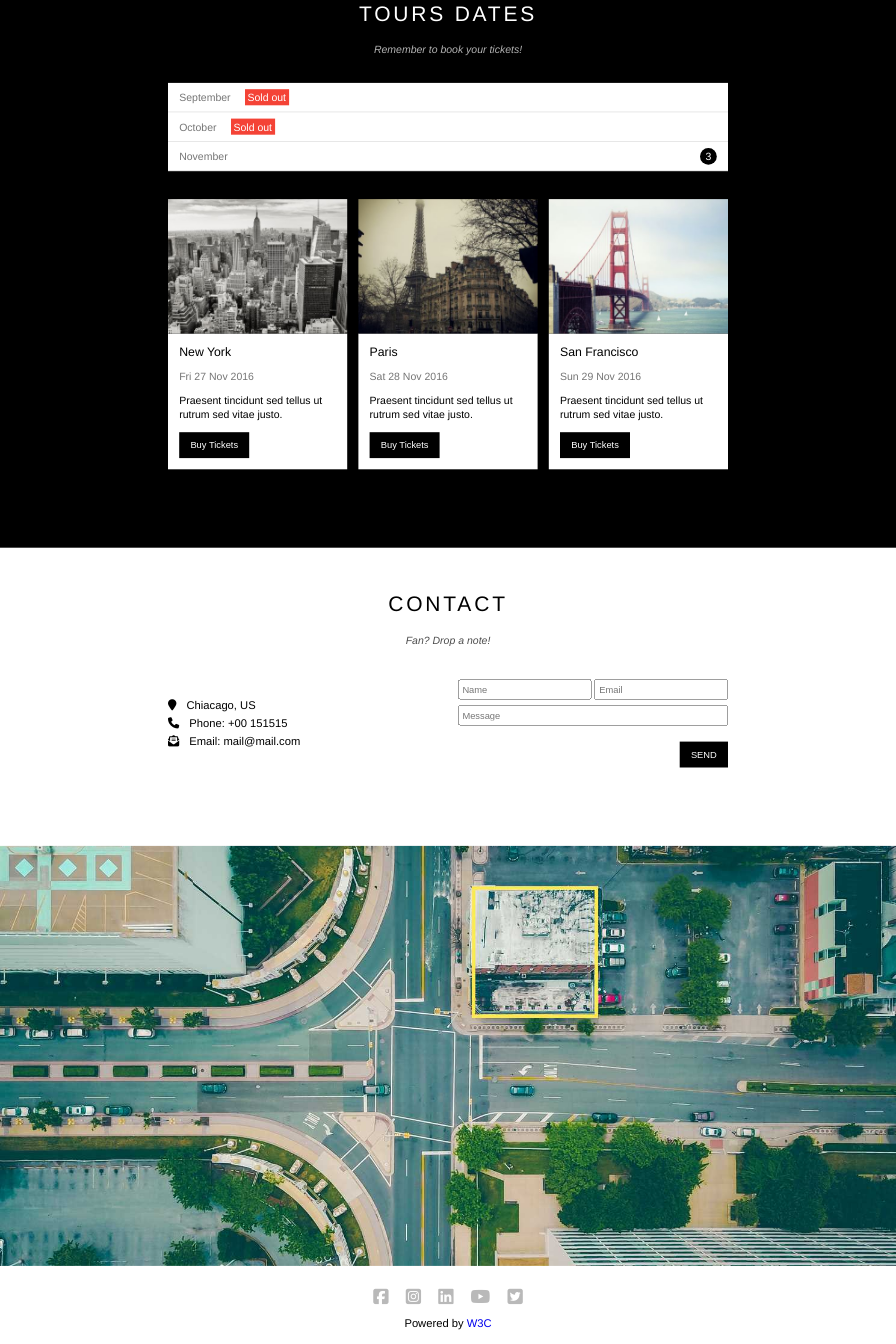
Repository: NguyenMinhChau/Theband
Page: index.html
The author's editor kept a copy of each file at every save. The page is drawn from the files as they stood at one save, then again after the next save.
The browser window is 1280 px wide. The pictures show the part of the page from y = 1388 to 3308 px (the page is 3308 px tall), at 70% of full size.
Some web libraries are served in a nearby version.

Above is the page before, as saved 2021-10-24 08:33:28.

### index.html
<!DOCTYPE html>
<html lang="en">
<head>
    <meta charset="UTF-8">
    <meta http-equiv="X-UA-Compatible" content="IE=edge">
    <meta name="viewport" content="width=device-width, initial-scale=1.0">
    <title>THE BAND</title>
    <link rel="icon" href="https://www.w3schools.com/w3css/img_la.jpg"/>
    <script src="https://kit.fontawesome.com/a7b0f58175.js" crossorigin="anonymous"></script>
    <link rel="stylesheet" href="./assets/css/style.css">
</head>
<body>
    <div id="main">
        <div id="header">
            <!-- Begin Navigation -->
            <ul id="nav">
                <li><a href="#">Home</a></li>
                <li><a href="#about">Band</a></li>
                <li><a href="#tour">Tour</a></li>
                <li><a href="#contact">Contact</a></li>
                <li><a href="#">More <i class="fas fa-caret-down"></i></a>
                    <ul class="subnav">
                        <li><a href="#">Merchandise</a></li>
                        <li><a href="#">Extras</a></li>
                        <li><a href="#">Media</a></li>
                    </ul>
                </li>
            </ul>
            <!-- End Navigation -->

            <!-- Begin Search -->
            <div class="icon-search">
                <a href="#"><i class="header-icon-search fas fa-search"></i></a>
            </div>
            <!-- End Search -->
        </div>

        <div id="slider">
            <div class="description">
                <h4>Chicago</h4>
                <p>We love Chicago</p>
            </div>
        </div>

        <div id="content">
            <!-- section: dành cho những phần dùng chung -->
            <!-- ABOUT SECTION -->
            <div id="about" class="content-section">
                <h2 class="section-heading">The Band</h2>
                <p class="section-subheading">We love music</p>
                <p class="about-text">We have created a fictional band website. Lorem ipsum dolor sit amet, consectetur adipiscing elit, sed do eiusmod tempor incididunt ut labore et dolore magna aliqua. Ut enim ad minim veniam, quis nostrud exercitation ullamco laboris nisi ut aliquip ex ea commodo consequat. Duis aute irure dolor in reprehenderit in voluptate velit esse cillum dolore eu fugiat nulla pariatur. Excepteur sint occaecat cupidatat non proident, sunt in culpa qui officia deserunt mollit anim id est laborum consectetur adipiscing elit, sed do eiusmod tempor incididunt ut labore et dolore magna aliqua. Ut enim ad minim veniam, quis nostrud exercitation ullamco laboris nisi ut aliquip ex ea commodo consequat.</p>
                <div class="members-list">
                    <div class="member-item col-3">
                        <p class="member-name">Name</p>
                        <img src="./assets/img/about_member01.jpg" alt="" class="member-avata">
                    </div>
                    <div class="member-item col-3">
                        <p class="member-name">Name</p>
                        <img src="./assets/img/about_member01.jpg" alt="" class="member-avata">
                    </div>
                    <div class="member-item col-3">
                        <p class="member-name">Name</p>
                        <img src="./assets/img/about_member01.jpg" alt="" class="member-avata">
                    </div>
                    <div class="clear"></div>
                </div>
            </div>

            <!-- TOUR SECTION -->
            <div id="tour" class="tour-section">
                <div class="content-section">
                    <h2 class="section-heading text-white">Tours Dates</h2>
                    <p class="section-subheading text-white">Remember to book your tickets!</p>
                    <ul class="tickets-list">
                        <li>September <span class="sold-out">Sold out</span></li>
                        <li>October <span class="sold-out">Sold out</span></li>
                        <li>November <span class="quantity">3</span></li>
                    </ul>
                    <div class="row places-list">
                        <div class="col col-3">
                            <img src="./assets/img/tour_place01.jpg" alt="New York" class="place-img">
                            <div class="place-body">
                                <h3 class="place-heading">New York</h3>
                                <p class="place-time">Fri 27 Nov 2016</p>
                                <p class="plave-desc">Praesent tincidunt sed tellus ut rutrum sed vitae justo.</p>
                                <button href="#" class="btn js-buy-ticket">Buy Tickets</button>
                            </div>
                        </div>
                        <div class="col col-3">
                            <img src="./assets/img/tour_place_02.jpg" alt="New York" class="place-img">
                            <div class="place-body">
                                <h3 class="place-heading">Paris</h3>
                                <p class="place-time">Sat 28 Nov 2016</p>
                                <p class="plave-desc">Praesent tincidunt sed tellus ut rutrum sed vitae justo.</p>
                                <button href="#" class="btn js-buy-ticket">Buy Tickets</button>
                            </div>
                        </div>
                        <div class="col col-3">
                            <img src="./assets/img/tour_place_03.jpg" alt="New York" class="place-img">
                            <div class="place-body">
                                <h3 class="place-heading">San Francisco</h3>
                                <p class="place-time">Sun 29 Nov 2016</p>
                                <p class="plave-desc">Praesent tincidunt sed tellus ut rutrum sed vitae justo.</p>
                                <button href="#" class="btn js-buy-ticket">Buy Tickets</button>
                            </div>
                        </div>
                        <div class="clear"></div>
                    </div>
                </div>
            </div>

            <!-- CONTACT SECTION -->
            <div id="contact" class="content-section">
                <h2 class="section-heading">Contact</h2>
                <p class="section-subheading">Fan? Drop a note!</p>
                <div class="contact-container">
                    <div class="infomation">
                        <p class="infomation-text">
                            <i class="fas fa-map-marker"></i>
                            Chiacago, US
                        </p>
                        <p class="infomation-text">
                            <i class="fas fa-phone"></i>
                            Phone: +00 151515
                        </p>
                        <p class="infomation-text">
                            <i class="fas fa-envelope-open-text"></i>
                            Email: mail@mail.com
                        </p>
                    </div>
                    <form class="input-infomation">
                        <div class="input-name-email">
                            <input type="text" class="intput-name" placeholder="Name" required>
                            <input type="email" class="intput-name" placeholder="Email" required>
                        </div>
                        <input type="text" class="ipnut-message" placeholder="Message" required>
                        <button class="btn pull-right">SEND</button>
                    </form>
                </div>
            </div>

            <!-- BEGIN MAP -->
            <div class="content-map-image"></div>
        </div>

        <div id="footer">
            <ul class="footer-social-list">
                <li class="social-item"><a href="#" class="social-link"><i class="fab fa-facebook-square"></i></a></li>
                <li class="social-item"><a href="#" class="social-link"><i class="fab fa-instagram-square"></i></a></li>
                <li class="social-item"><a href="#" class="social-link"><i class="fab fa-linkedin"></i></a></li>
                <li class="social-item"><a href="#" class="social-link"><i class="fab fa-youtube"></i></a></li>
                <li class="social-item"><a href="#" class="social-link"><i class="fab fa-twitter-square"></i></a></li>
            </ul>
            <p class="copyright">Powered by <a href="#">W3C</a></p>
        </div>
    </div>

    <!-- BEGIN MODEL -->
    <div class="modal">
        <div class="modal-container">
            <div class="modal-close">
                <i class="far fa-window-close"></i>
            </div>

            <header class="modal-header">
                <i class="fas fa-briefcase"></i> Tickets
            </header>

            <div class="modal-body">
                <div class="form-group">
                    <label for="money" class="modal-label">
                        <i class="fas fa-shopping-cart"></i>
                        Tickets, $15 per person
                    </label>
                    <input type="text" name="money" id="money" class="modal-input" placeholder="How many?">
                </div>

                <div class="form-group">
                    <label for="email" class="modal-label">
                        <i class="fas fa-user"></i>
                        Send To
                    </label>
                    <input type="email" name="email" id="email" class="modal-input" placeholder="Enter Email">
                </div>

                <button id="buy-tickets">
                    PAY <i class="fas fa-check"></i>
                </button>
            </div>

            <footer class="modal-footer">
                <p class="modal-help">Need
                    <a href="#">help?</a>
                </p>
            </footer>
        </div>
    </div>
    <!-- END MODAL -->
    <script src="assets/js/main.js"></script>
</body>
</html>

### assets/css/style.css
:root{
    --header-height: 46px;
}
*{
    box-sizing: border-box;
    margin: 0;
    padding: 0;
}

html{
    font-family: Helvetica, Arial, sans-serif;
}

/* BEGIN CSS COMMON */
.clear{
    clear: both;
}

.text-white{
    color: #fff !important;
}

.pull-right{
    float: right !important;
}

.row {
    margin: 0 -8px;
}

.col{
    float: left;
    padding: 0 8px;
}

.col-3{
    width: calc(100% / 3);
}

.btn{
    text-decoration: none;
    background-color: #000;
    color: #fff;
    padding: 11px 16px;
    /* Khắc phục tình trạng button che thẻ description */
    display: inline-block;
    margin-top: 15px;
    border: none;
}

.btn:hover{
    background-color: #ccc;
    color: #000;
    cursor: pointer;
}
/* END CSS COMMON */

/* BEGIN CSS HEADER */
#header{
    height: var(--header-height);
    background-color: #000;
    position: fixed;
    top: 0;
    left: 0;
    right: 0;
}

#nav{
    display: inline-block;
}

#nav,
#subnav{
    list-style-type: none;
}

#nav li{
    display: inline-block;
    position: relative;
}

#nav > li > a{
    color: #fff;
    text-transform: uppercase;
}

#nav li a {
    text-decoration: none;
    line-height: var(--header-height);
    padding: 0 24px;

    display: block;
}

#nav > li:hover > a,
#nav .subnav li:hover a {
    color: #000;
    background-color: #ccc;
}

#nav > li:hover .subnav{
    display: block;
}

#nav .subnav{
    display: none;
    position: absolute;
    background-color: #fff;
    box-shadow: 0 0 10px rgba(0,0,0,0.3);
    color: #000;
    top: 100%;
    left: 0;
}

#nav .subnav li a{
    color: #000;
    padding: 0 12px;
    line-height: 38px;
    min-width: 160px;
}

#nav .subnav li{
    display: block;
}

#header .icon-search{
    /* position: absolute;
    top: 0;
    right: 0; */
    float: right;
    line-height: var(--header-height);
    padding: 0 20px;
}

#header .icon-search a{
    text-decoration: none;
}

#header .icon-search:hover{
    background-color: rgb(255, 39, 39);
    cursor: pointer;
}

#header .icon-search .header-icon-search{
    color: #fff;
}
/* END CSS HEADER */


/* BEGIN CSS SLIDER */
#slider{
    position: relative;
    margin-top: var(--header-height);
    /* Kỹ thuật tạo ảnh không bị méo khi thay đổi kích thước */
    padding-top: 50%; /* % là theo chiều ngang của chính nó*/

    /* Khi dùng padding như trên -> ta dùng bg-image để tạo ảnh vì có thể đổ ảnh từ padding */
    background: url('../img/slider_band_chicago.jpg') no-repeat center / cover;
    z-index: -1;
}

#slider .description{
    position: absolute;
    bottom: 0;
    left: 50%;
    transform: translateX(-50%);

    color: #fff;
    text-align: center;
    margin-bottom: 48px;
    letter-spacing: 1px;
}

#slider .description h4,
#slider .description p{
    text-shadow: 0 0 10 rgba(0,0,0,0.5);
}

#slider .description h4{
    font-weight: 540;
    padding: 10px 0;
}
/* END CSS SLIDER */

/* BEGIN CSS CONTENT */
/* CSS ABOUT */
#content .content-section{
    width: 800px;
    margin: auto;
    padding: 64px 0 112px;
}

#content .section-heading,
#content .section-subheading{
    text-align: center;
}

#content .section-heading{
    font-size: 30px;
    font-weight: 500;
    text-transform: uppercase;
    letter-spacing: 4px;
}

#content .section-subheading{
    font-size: 15px;
    font-style: italic;
    margin: 25px 0;
    opacity: 0.7;
}

#content .about-text{
    text-align: justify;
    font-size: 15px;
    line-height: 1.4;
}

#content .members-list{
    margin-top: 48px;
}

#content .member-item{
    float: left;
    text-align: center;
}

#content .member-name{
    font-size: 15px;
}

#content .member-avata{
    margin-top: 15px;
    width: 154px;
    border-radius: 5px;
}

/* CSS TOUR */
#content .tour-section{
    background-color: #000;
}

#content .tickets-list{
    background-color: #fff;
    margin: 40px 0;
    list-style: none;
}

#content .tickets-list li{
    font-size: 15px;
    padding: 12px 16px;
    border-bottom: 1px solid #ddd;
    color: #757575;
}

#content .tickets-list .sold-out{
    background-color: #f44336;
    color: #fff;
    padding: 3px 4px;
    margin-left: 16px;
}

#content .tickets-list .quantity{
    float: right;
    background-color: #000;
    border-radius: 50%;
    width: 24px;
    height: 24px;
    color: #fff;
    text-align: center;
    line-height: 24px;
    margin-top: -3px;
}

#content .place-img{
    width: 100%;
    display: block;
}

#content .place-img:hover{
    opacity: 0.7;
}

#content .place-body{
    background-color: #fff;
    padding: 16px;
    font-size: 15px;
}

#content .place-heading{
    font-weight: 550;
}

#content .place-time{
    margin: 15px 0;
    color: #757575;
}

#content .plave-desc{
    line-height: 1.4;
}

/* CSS CONTACT */
#content .contact-container{
    display: flex;
    flex-direction: row;
    justify-content: space-between;
    align-items: center;
    margin-top: 48px;
}

#content .infomation-text{
    font-size: 16px;
    line-height: 1.6;
}

#content .infomation-text i {
    margin-right: 10px;
}

#content .input-name-email,
#content .ipnut-message{
    margin-bottom: 8px;
}

#content .intput-name,
#content .ipnut-message{
    padding: 5px 5px;
    outline: none;
}

#content .ipnut-message{
    width: 100%;
}

#content .content-map-image{
    height: 600px;
    background: url('../img/img-footer.jpg') no-repeat center / cover;
}
/* END CSS CONTENT */

/* BEGIN CSS FOOTER */
#footer{
    text-align: center;
    margin-bottom: 20px;
}

#footer .footer-social-list{
    list-style: none;
    margin-top: 32px;
    margin-bottom: 16px;
}

#footer .footer-social-list li{
    display: inline-block;
}

#footer .footer-social-list li a{
    color: rgb(185, 185, 185);
    padding: 0 10px;
}

#footer .footer-social-list li a i{
    font-size: 25px;
}

#footer .copyright a{
    text-decoration: none;
}
/* END CSS FOOTER */

/* BEGIN CSS MODAL */
.modal{
    position: fixed;
    top: 0;
    bottom: 0;
    right: 0;
    left: 0;
    background: rgba(0,0,0,0.3);
    align-items: center;
    justify-content: center;
    display: none;
}

.modal.open{
    display: flex;
}

.modal-container{
    position: relative;
    background-color: #fff;
    width: 900px;
    max-width: calc(100% - 30px);
    min-height: 200px;
    animation: modalFaceIn linear .5s;
}

@keyframes modalFaceIn{
    from {
        transform: translateY(-100%);
        opacity: 0;
    }
    to {
        transform: translateY(0);
        opacity: 1;
    }
}

.modal-close{
    position: absolute;
    top: 0;
    right: 0;
    color: #fff;
    padding: 12px;
}

.modal-close:hover{
    background-color: #ddd;
    color: #000;
    cursor: pointer;
}

.modal-header{
    height: 130px;
    background: #009688;
    text-align: center;
    line-height:130px;
    color: #fff;
    font-size: 30px;
}

.modal-body{
    padding: 16px;
}

.modal-label{
    display: block;
    font-size: 15px;
}

.modal-input{
    margin: 8px 0 18px 0;
    width: 100%;
    padding: 6px 5px;
    outline: none;
    border-color: #ccc;
    font-size: 15px;
}

#buy-tickets{
    width: 100%;
    background: #009688;
    border: none;
    color: #fff;
    text-transform: uppercase;
    padding: 12px;
}

#buy-tickets:hover{
    cursor: pointer;
    opacity: 0.9;
}

.modal-footer{
    padding: 12px;
    float: right;
}

.modal-help a{
    text-decoration: none;
    color: #009688;
}
/* END CSS MODAL */

### assets/js/main.js
const $ = document.querySelector.bind(document)
const $$ = document.querySelectorAll.bind(document)

const btnTickets = $$('.js-buy-ticket');
const modal = $('.modal');
const modalContainer = $('.modal-container');
const modalClose = $('.modal-close');

for (const btnTicket of btnTickets) {
    btnTicket.addEventListener('click',function(e){
        modal.classList.add('open');
    })
}
modalClose.addEventListener('click',function(e){
    modal.classList.remove('open');
})

// Phải xác định sẽ không nổi bọt tới đâu
modal.addEventListener('click',function(e){
    modal.classList.remove('open');
})
modalContainer.addEventListener('click',function(e){
    e.stopPropagation();
})

After the next save:
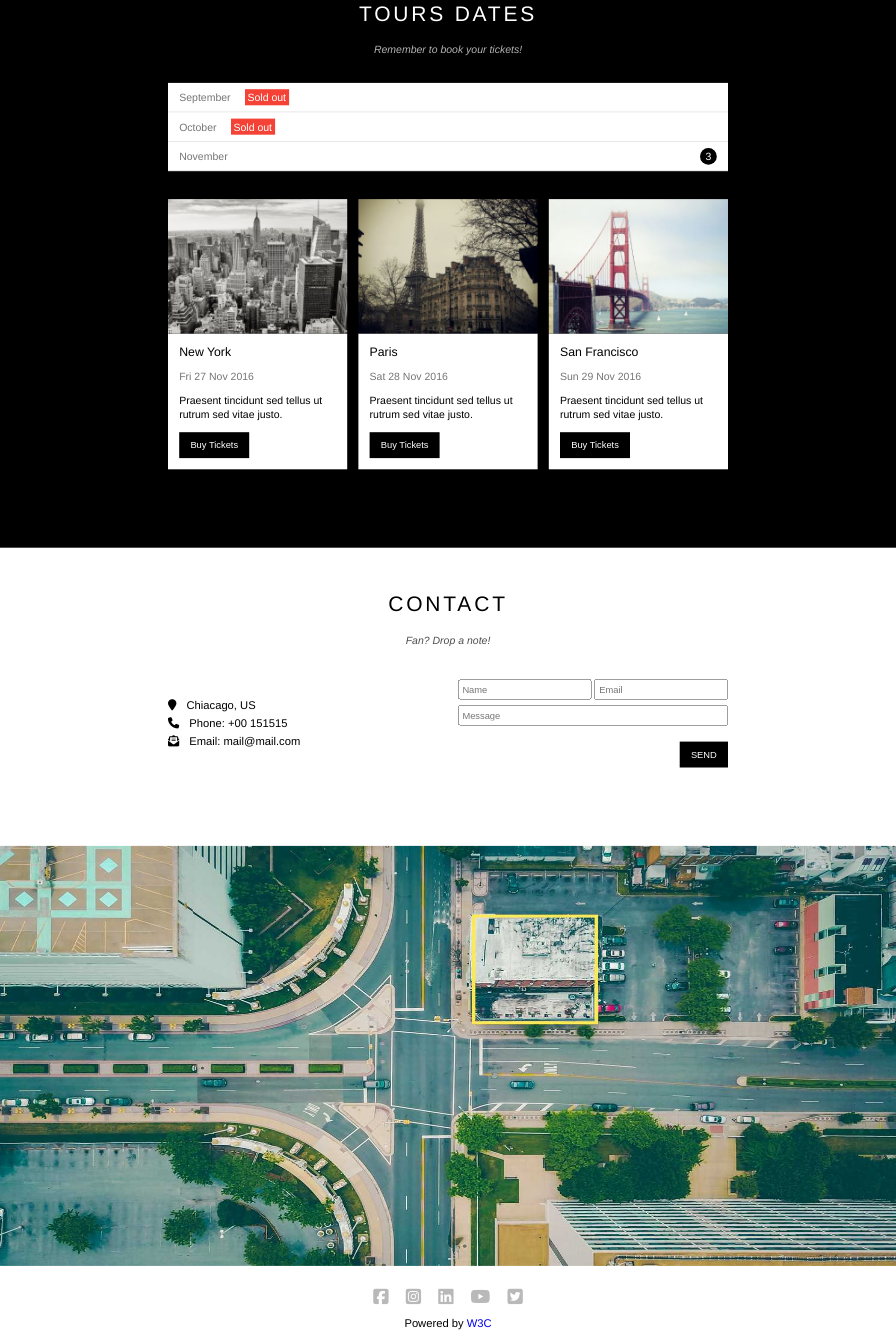
Saved 60 s later.
--- a/assets/css/style.css
+++ b/assets/css/style.css
@@ -334,7 +334,7 @@
 
 #content .content-map-image{
     height: 600px;
-    background: url('../img/img-footer.jpg') no-repeat center / cover;
+    background: url('../img/img-footer.jpg') no-repeat center / 100% 100%;
 }
 /* END CSS CONTENT */
 
